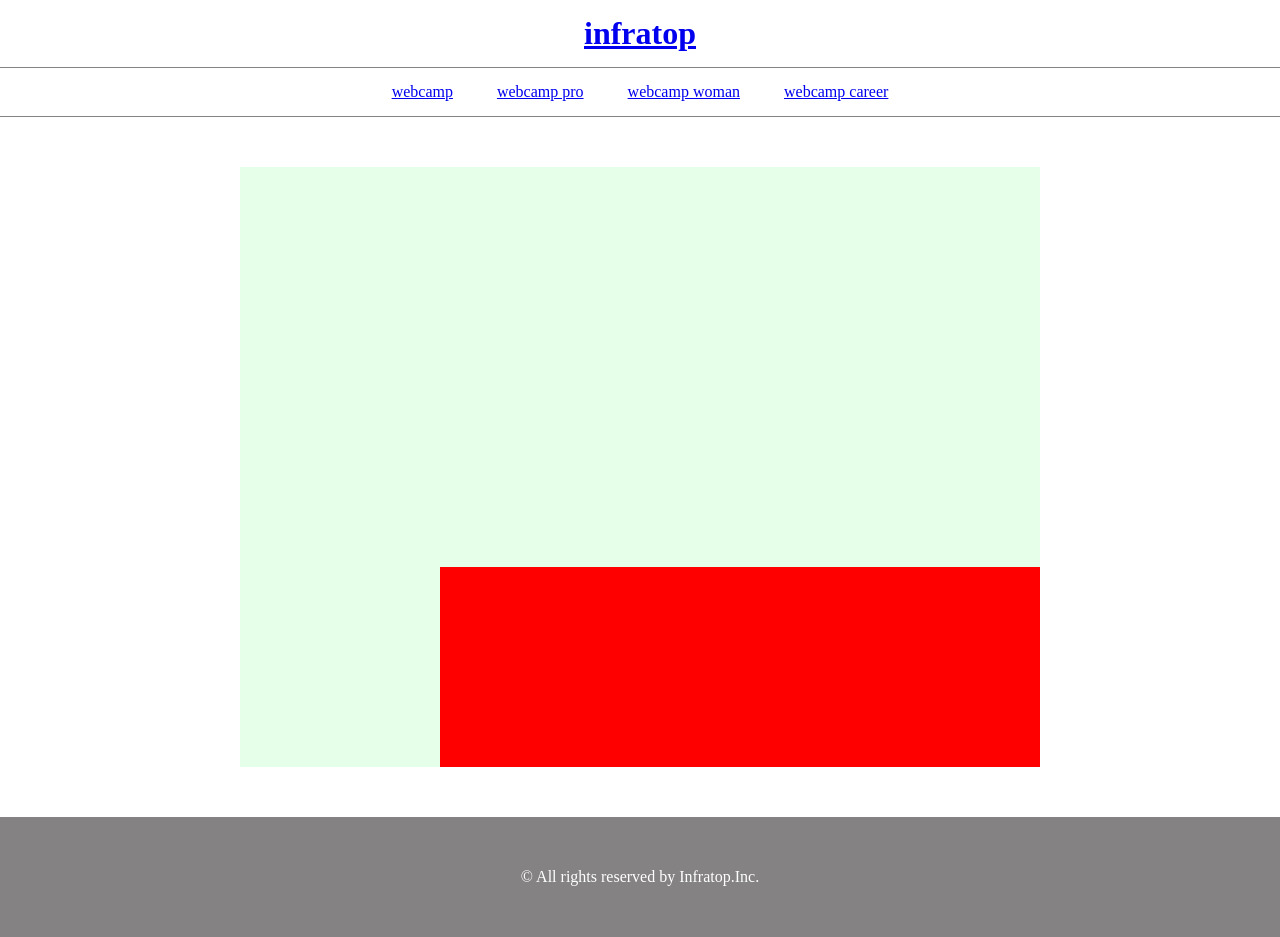
Repository: Nao002/practice
Page: html-practice5/index.html
The author's editor kept a record of every edit. The page is drawn from the files as they stood at one moment, then again after the next edit.
The browser window is 1280 px wide. The pictures show the whole page.

Above is the page before.

### html-practice5/index.html
<!DOCTYPE html>
<html lang="ja">
  <head>
    <meta charset="UTF-8" />
    <!-- CSSファイルの読み込み -->
    <link rel="stylesheet" href="style.css" />
    <title>infratop</title>
  </head>

  <body>
    <!-- header -->
    <header>
      <h1 class="heading">
        <a href="index.html">
          infratop
        </a>
      </h1>
    </header>

     <!-- navigation -->
    <nav>
      <ul class="nav-list">
        <li class="nav-list-item">
          <a href="index.html">webcamp</a>
        </li>
        <li class="nav-list-item">
          <a href="index.html">webcamp pro</a>
        </li>
        <li class="nav-list-item">
          <a href="index.html">webcamp woman</a>
        </li>
        </li>
        <li class="nav-list-item">
          <a href="index.html">webcamp career</a>
        </li>
      </ul>
    </nav>

    <!-- main-visual用のdiv -->
    <div class="main-visual">
      <div class="main-visual-content">
        <div class="main-visual-color color1"></div>
        <div class="main-visual-color color2"></div>
        <div class="main-visual-color color3"></div>
        <div class="main-visual-color color4"></div>
        <div class="main-visual-color color5"></div>
        <div class="main-visual-color color6"></div>
        <div class="main-visual-color color7"></div>
        <div class="main-visual-color color8"></div>
        <div class="main-visual-color color9"></div>
        <div class="main-visual-color color10"></div>
        <div class="main-visual-color color12"></div>
        <div class="main-visual-color color12"></div>
      </div>
    </div>

    <!-- footer -->
    <footer>
      <p class="footer-text">© All rights reserved by Infratop.Inc.</p>
    </footer>

  </body>
</html>

### html-practice5/style.css
/* ブラウザがそれぞれ持っているCSSをリセットするための記述 */
* {
  margin: 0;
  padding: 0;
  box-sizing: border-box;
}

header {
  width: 90%;
  padding: 15px 0;
  margin: 0 auto;
  text-align: center;
}

header .heading { /* headerタグ内のheadingクラスにのみ反映される */
  font-size: 32px;
}

.nav-list {
  text-align: center;
  padding: 15px 0;
  margin: 0 auto;
  border-top: 1px solid #848282;
  border-bottom: 1px solid #848282;
}

.nav-list-item {
  list-style: none;
  display: inline-block;
  margin: 0 20px;
}

.main-visual {
  width: 100%; /* 横幅いっぱい */
  height: 650px; /* 高さ300px */
}

.main-visual-content {
  width: 800px; /* 横幅350px */
  height: 300px; /* 親の高さに揃える */
  flex-wrap: wrap;
  margin: 50px auto;
  font-size: 0;
}

.main-visual-color{
  display: inline-block;
  width: 200px;
  height: 200px;
  background-color: #FF0000;
  font-size: 0;
}

.color1{
  background-color: #e6ffe9
}

.color2{
  background-color: #e6ffe9
}

.color3{
  background-color: #e6ffe9
}

.color4{
  background-color: #e6ffe9
}

.color5{
  background-color: #e6ffe9
}

.color6{
  background-color: #e6ffe9
}
.color7{
  background-color: #e6ffe9
}

.color8{
  background-color: #e6ffe9
}

.color9{
  background-color: #e6ffe9
}

.color1{
  background-color: #e6ffe9
}


footer {
  width: 100%;
  height: 120px;
  text-align: center;
  line-height: 120px;
  background-color: #848282;
}

.footer-text {
  color: #fff;
}

After the next edit:
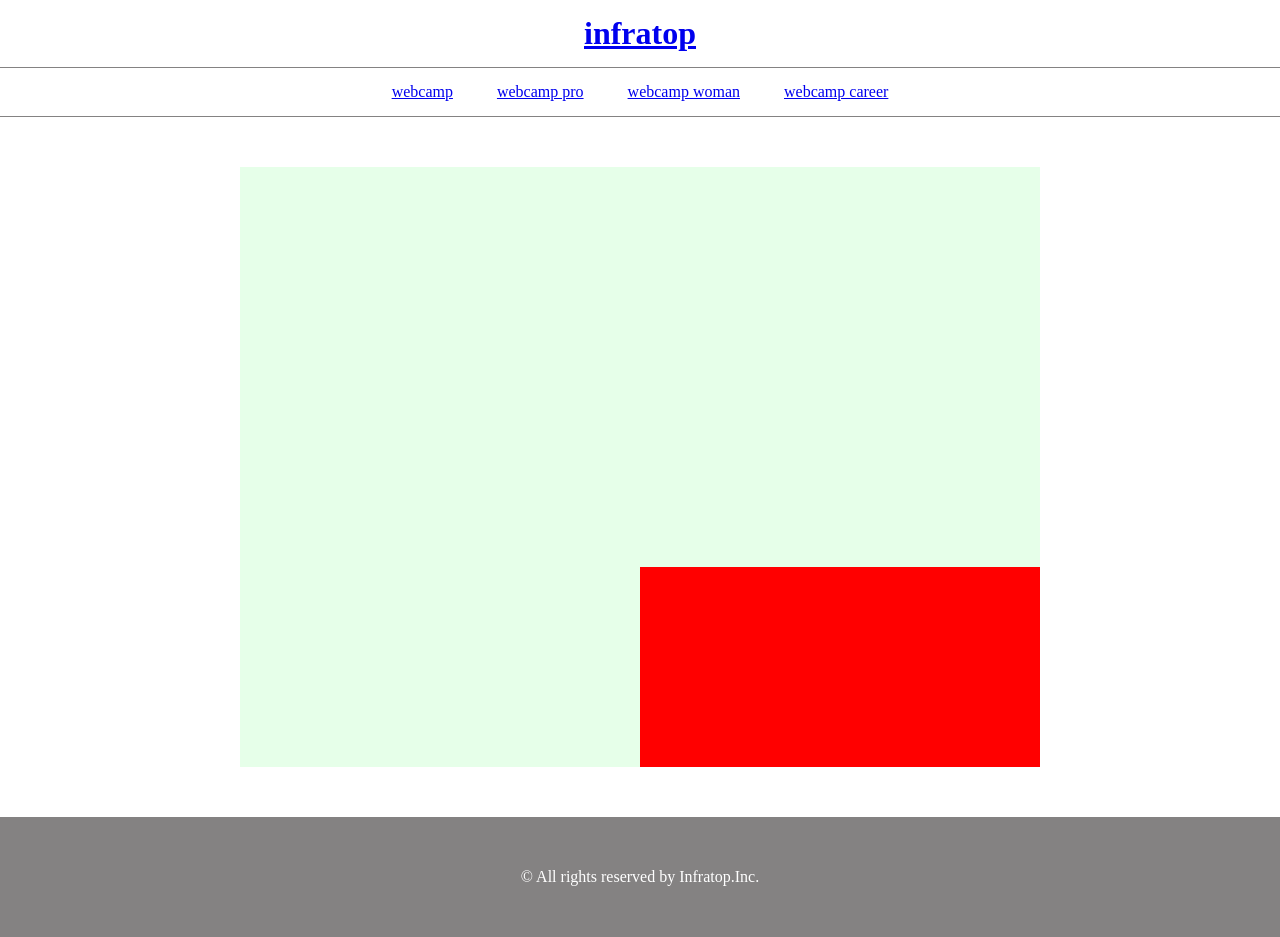
The edit:
--- a/html-practice5/style.css
+++ b/html-practice5/style.css
@@ -86,7 +86,7 @@
   background-color: #e6ffe9
 }
 
-.color1{
+.color10{
   background-color: #e6ffe9
 }
 
